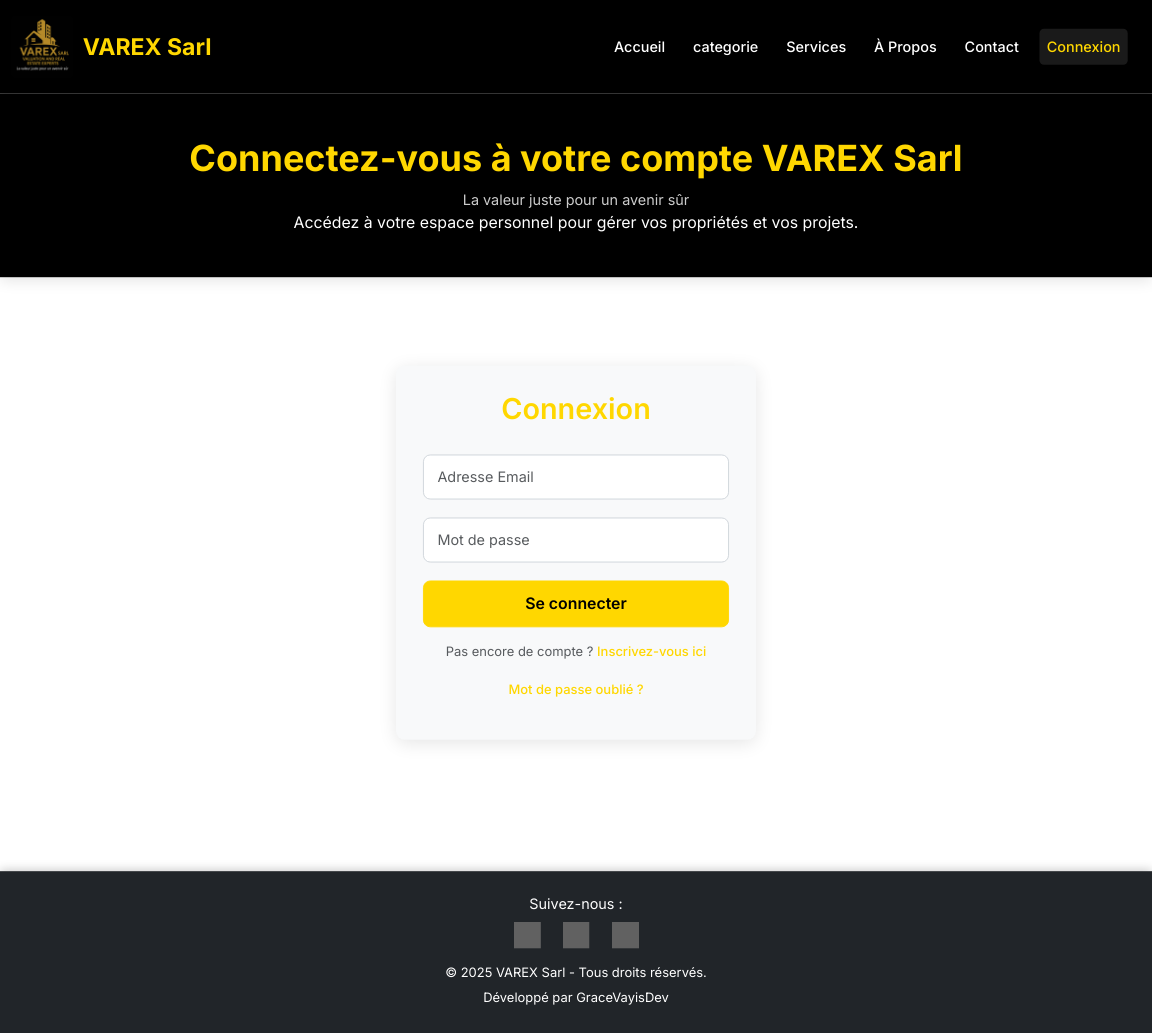
Repository: gradi243/catine
Page: login.html
The author's editor kept a copy of each file at every save. The page is drawn from the files as they stood at one save, then again after the next save.
The browser window is 1280 px wide. The pictures show the whole page, at 90% of full size.
Pictures or frames that could not be fetched are drawn as grey boxes.

Above is the page before, as saved 2025-07-01 06:06:31.

After the next save:
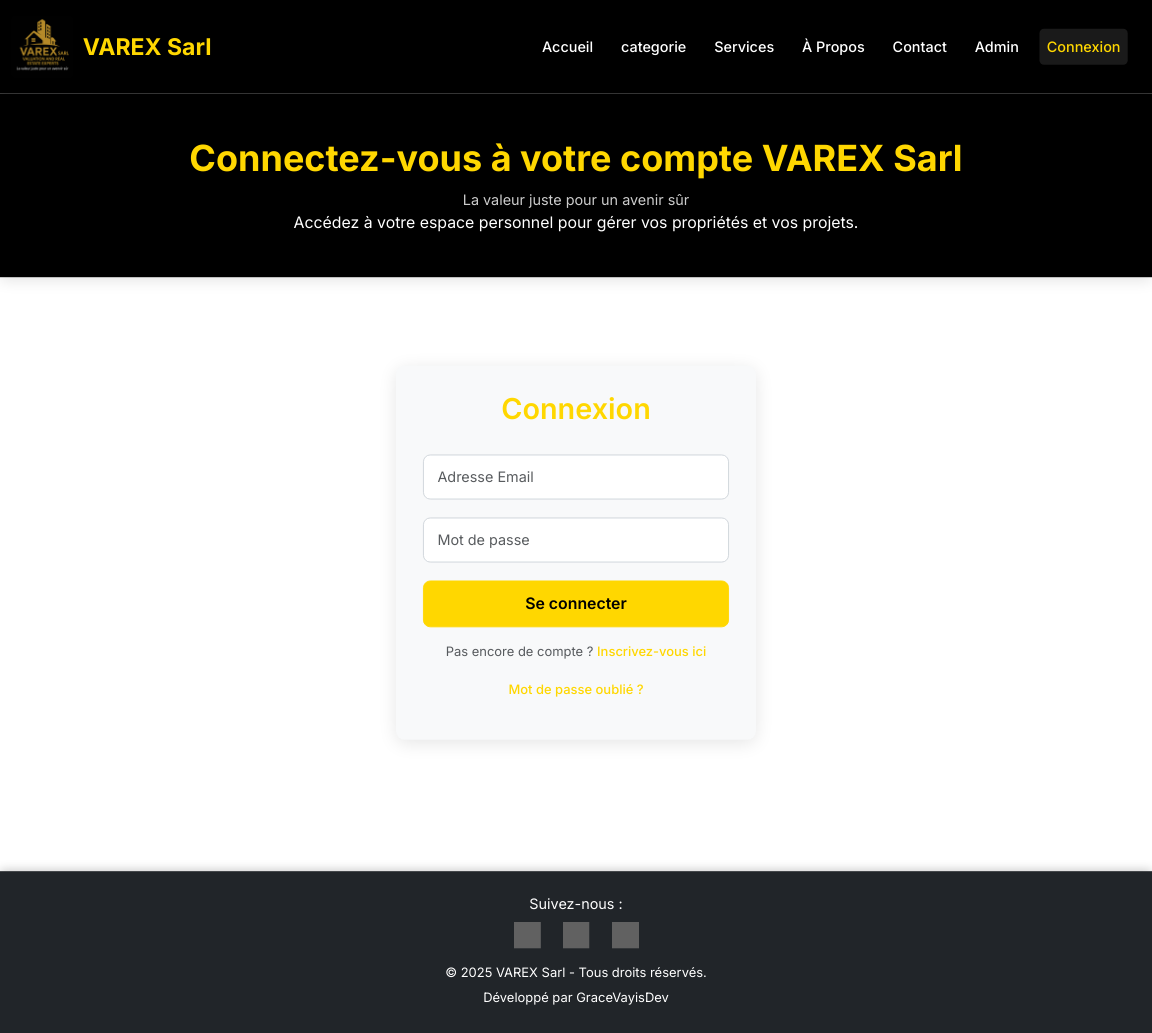
Saved 29 s later.
--- a/login.html
+++ b/login.html
@@ -253,6 +253,7 @@
                 <li class="nav-item"><a class="nav-link" href="service.html">Services</a></li>
                 <li class="nav-item"><a class="nav-link" href="apropos.html">À Propos</a></li>
                 <li class="nav-item"><a class="nav-link" href="contact.html">Contact</a></li>
+                 <li class="nav-item"><a class="nav-link" href="admin.html">Admin</a></li>
                 <li class="nav-item"><a class="nav-link active" aria-current="page" href="login.html">Connexion</a></li>
 
             </ul>
